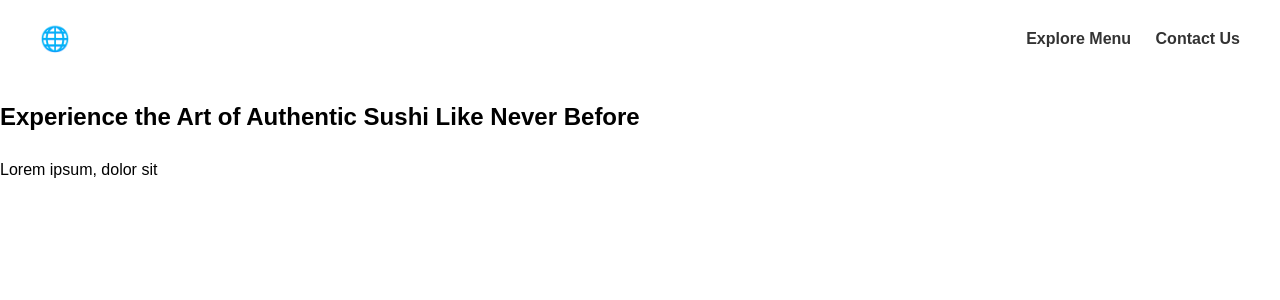
Repository: Femi007-gh/experience
Page: index.html
An editor plug-in stored every save of this project. The page is shown before and after a run of saves, followed by the edit.
The browser window is 1280 px wide. The pictures show the whole page.

Above is the page before, as saved 2025-01-13 07:33:04.

### index.html
<html>
  <head>
    <title></title>
    <link rel="stylesheet" href="style.css">
  </head>
  <body>
    <header>
      <div class="logo">🌐</div>
      <nav>
        <a href="#">Explore Menu</a>
        <a href="#">Contact Us</a>
      </nav>
    </header>
    <main>
      <section class="hero">
        <h1>Experience the Art of Authentic Sushi Like Never Before</h1>
        <p>Lorem ipsum, dolor sit</p>
      </section>
    </main>
  </body>
</html>

### style.css
/* body or * */
body {
  padding: 0;
  margin: 0;
  background-color: white;
  font-family: Arial, Helvetica, sans-serif;
  line-height: 1.6;
}

header {
  display: flex;
  justify-content: space-between;
  align-items: center;
  padding: 20px 40px;
  background-color: #fff;
}

header .logo {
  font-size: 24px;
}

header nav a {
  text-decoration: none;
  margin-left: 20px;
  color: #333;
  font-weight: 600;
}

header nav a:hover {
  color: #0077b6;
}

After the next 2 saves:
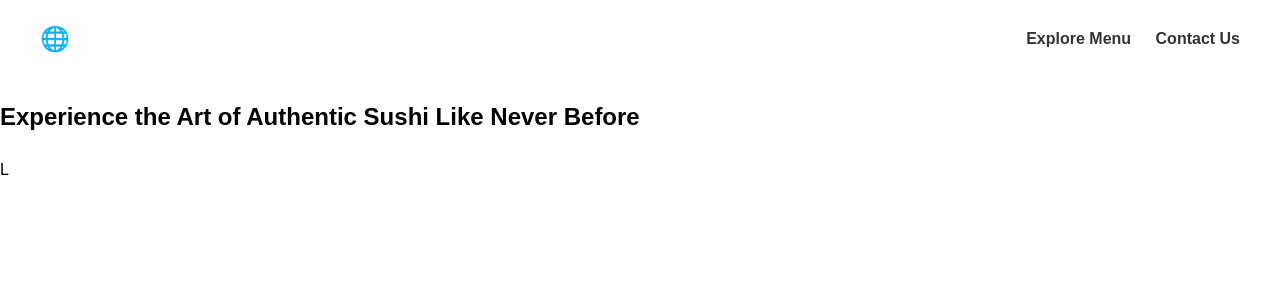
The 2 saves are shown as one change because they came seconds apart.
The last was saved 8 s later.
--- a/index.html
+++ b/index.html
@@ -14,7 +14,7 @@
     <main>
       <section class="hero">
         <h1>Experience the Art of Authentic Sushi Like Never Before</h1>
-        <p>Lorem ipsum, dolor sit</p>
+        <p>L</p>
       </section>
     </main>
   </body>
